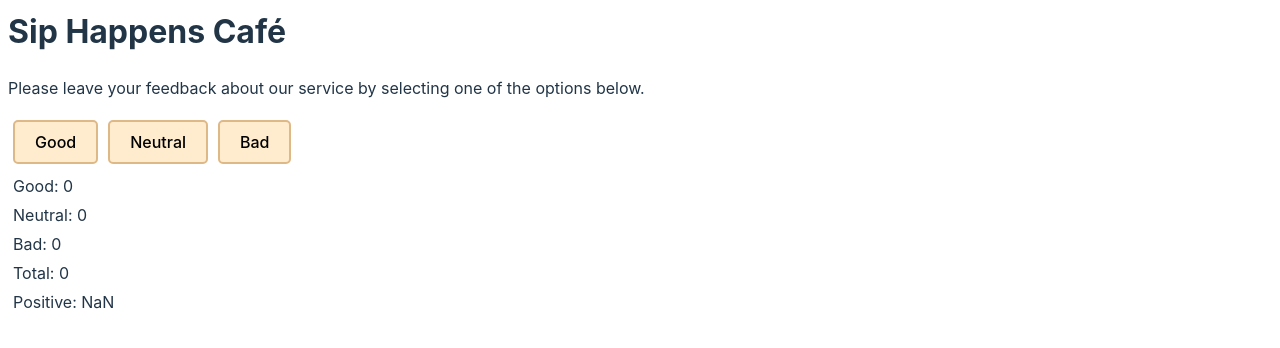
Repository: Evgeniya-Tishakova/goit-react-hw-02
Page: /
These files come from the project's save history. The page is drawn as it stood at one moment and after the next save; the edit follows.
The browser window is 1280 px wide. The pictures show the whole page.
The project was rebuilt for these pictures with package versions that can differ from the ones it lists, and the page was loaded fresh each time. Also part of the build but not shown: vite.config.js.

Above is the page before, as saved 2025-02-28 20:04:26.

After the next save:
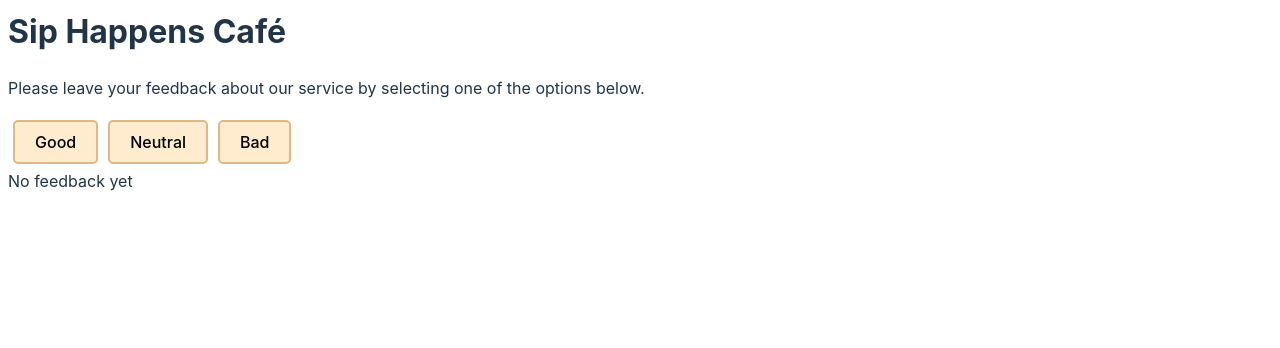
Saved 22 s later.
--- a/src/components/App/App.jsx
+++ b/src/components/App/App.jsx
@@ -51,14 +51,16 @@ export default function App() {
         resetFeedback={resetFeedback}
         isShown={totalFeedback > 0}
       />
-      <Feedback
-        rewiewType={rewiewType}
-        totalFeedback={totalFeedback}
-        positiveFeedback={positiveFeedback}
-        hasFeedback={hasFeedback}
-        isShown={totalFeedback > 0}
-      />
-      {totalFeedback < 0 && <Notification />}
+      {totalFeedback > 0 && (
+        <Feedback
+          rewiewType={rewiewType}
+          totalFeedback={totalFeedback}
+          positiveFeedback={positiveFeedback}
+          hasFeedback={hasFeedback}
+          isShown={totalFeedback > 0}
+        />
+      )}
+      {totalFeedback <= 0 && <Notification />}
     </>
   );
 }
